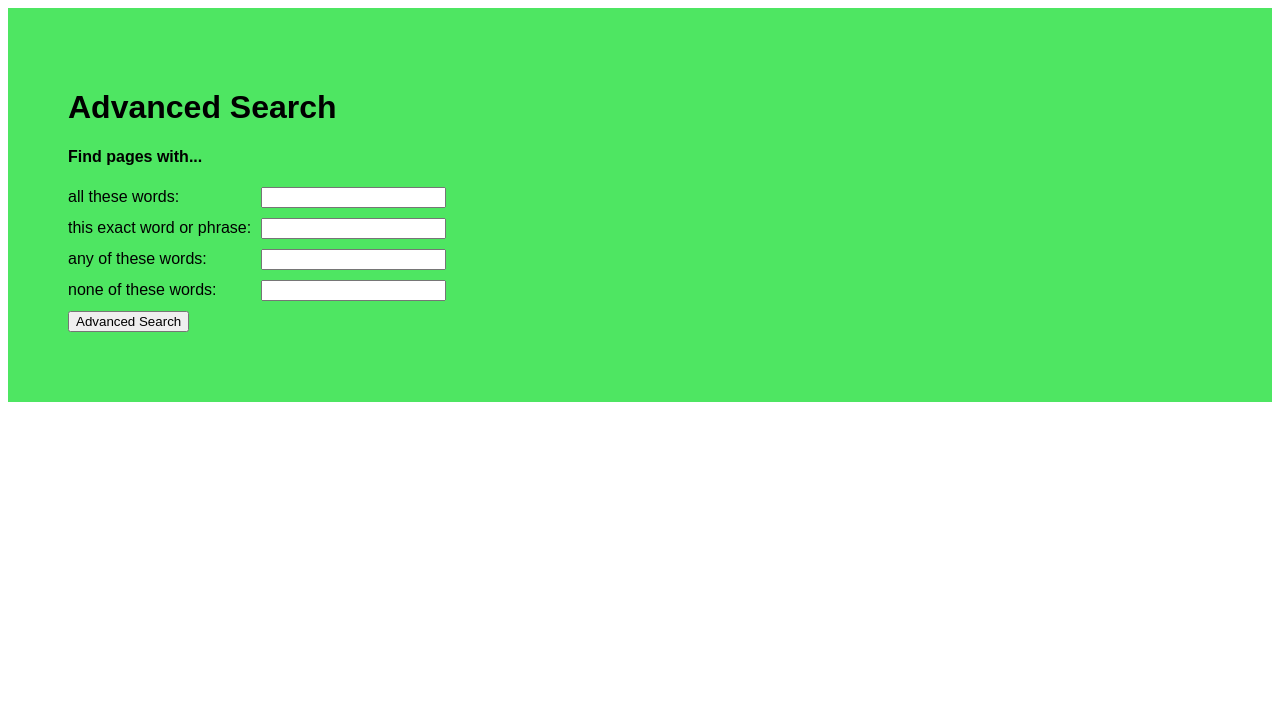
Repository: etentuk/search
Page: advanced_search.html
The author's editor kept a copy of each file at every save. The page is drawn from the files as they stood at one save, then again after the next save.
The browser window is 1280 px wide. The pictures show the whole page.

Above is the page before, as saved 2021-11-04 22:56:18.

After the next save:
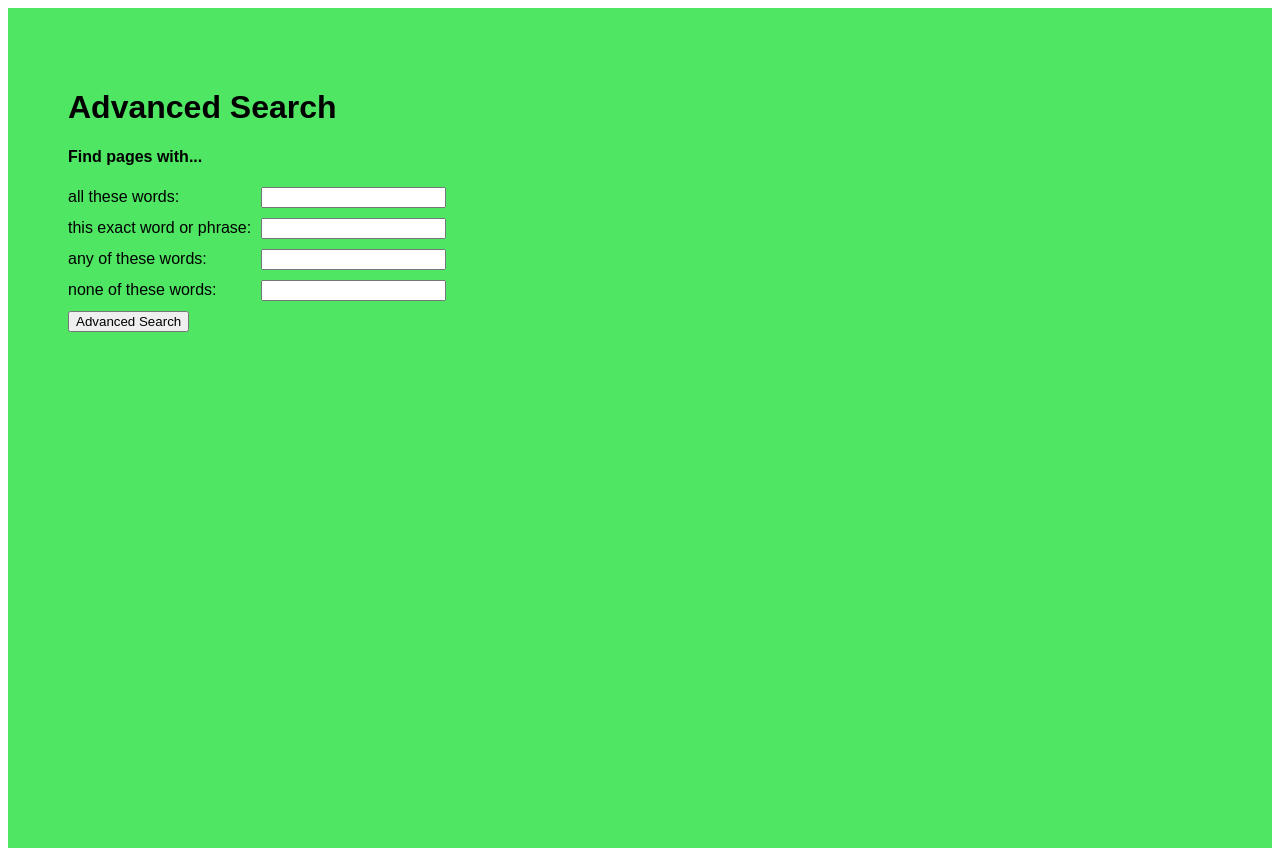
Saved 4 s later.
--- a/styles.css
+++ b/styles.css
@@ -23,6 +23,6 @@
 #container {
   font-family: Arial, Helvetica, sans-serif;
   background-color: rgb(78, 230, 98);
-  height: 100%;
+  height: 100vh;
   padding: 60px;
 } */

After the save that followed:
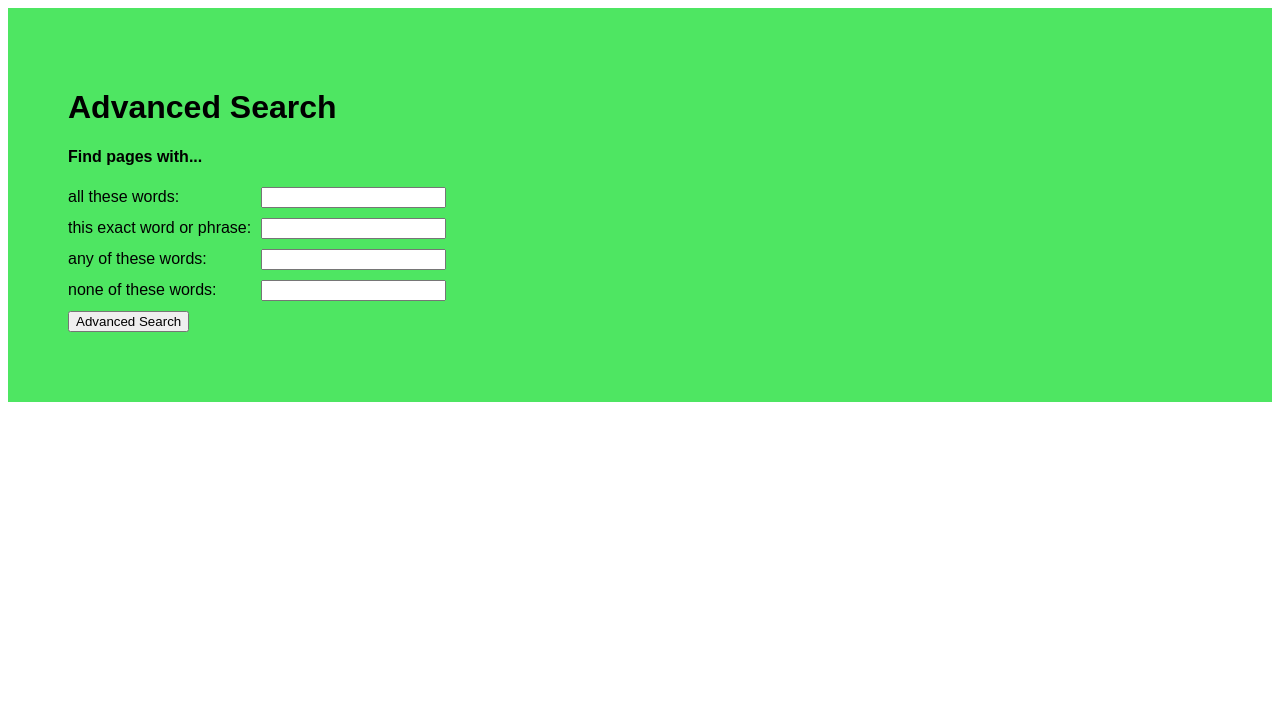
Saved 18 s later.
--- a/styles.css
+++ b/styles.css
@@ -23,6 +23,6 @@
 #container {
   font-family: Arial, Helvetica, sans-serif;
   background-color: rgb(78, 230, 98);
-  height: 100vh;
+  height: 100%;
   padding: 60px;
 } */
